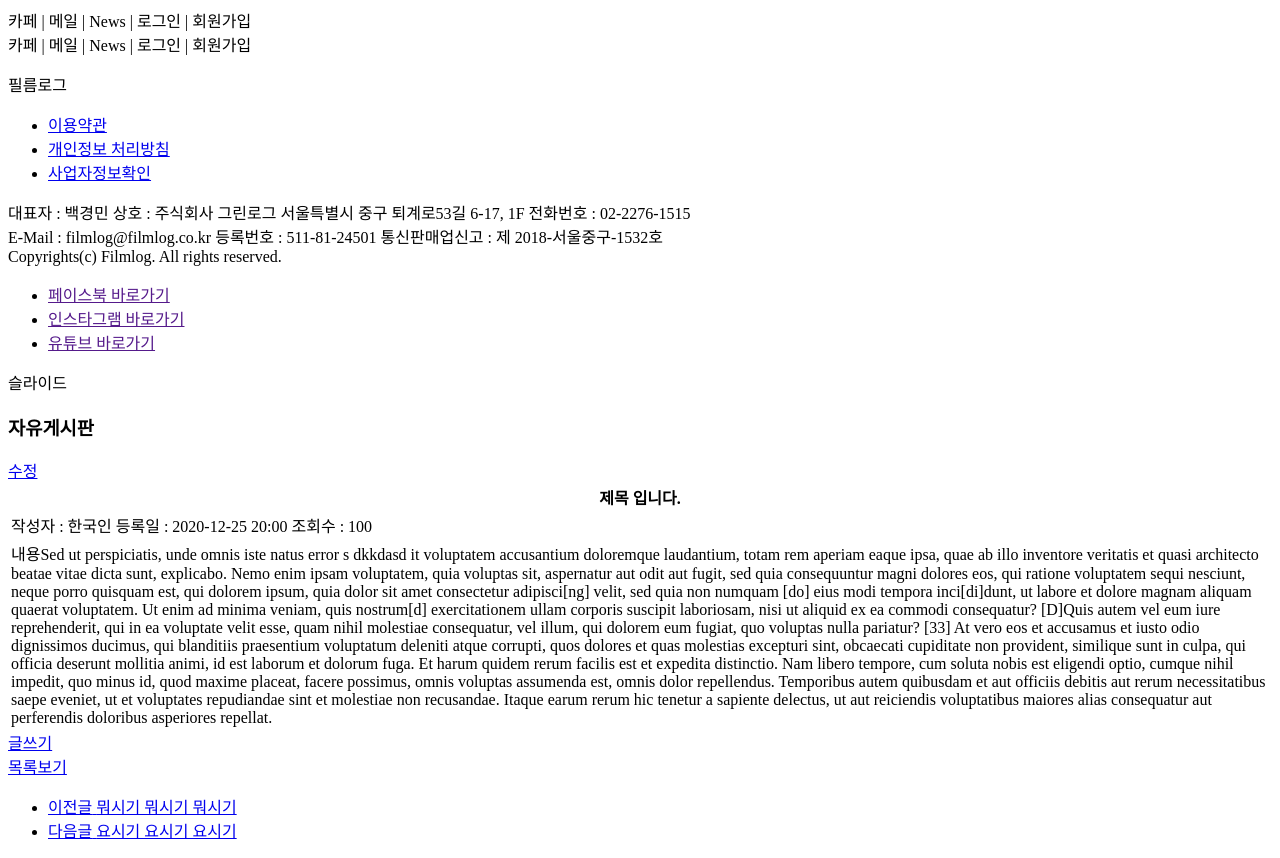
Repository: ginnykh/-
Page: http://localhost/Springkhj/WEB-INF/views/boardIndex.jsp
The author's editor kept a copy of each file at every save. The page is drawn from the files as they stood at one save, then again after the next save.
The browser window is 1280 px wide. The pictures show the whole page.
The page is served by Tomcat 9. Nobody is signed in. Other server files are loaded and not shown. The template is opened directly, without the code that normally fills it, so the values that code supplies are empty.

Above is the page before, as saved 2022-01-03 10:21:34.

### KHJ/Springkhj/src/main/webapp/WEB-INF/views/boardIndex.jsp
<%@ page language="java" contentType="text/html; charset=UTF-8"
    pageEncoding="UTF-8"%>
<%@ include file="header.jsp" %>
<%@ include file="footer.jsp" %>
<!DOCTYPE html>
<html>
<head>
<meta charset="UTF-8">
<title>Insert title here</title>
</head>
<body>
        <div id="container">
            <div class="containerIn">
                <section class="slide">
                    <div class="slide-img">
                        슬라이드
                        <!-- <img src="./img/slide.PNG" alt=""> -->
                    </div>
                </section>
                <div class="contents">
                    <h3>자유게시판</h3>
                    <div class="btn_m"><a href="#">수정</a></div>
                    <table>
                        <tr>
                            <th>제목 입니다.</th>
                        </tr>
                        <tr>
                            <td class="writer">
                                <span>작성자 : 한국인 </span>
                                <span class="w_r">등록일 : 2020-12-25 20:00</span>
                                <span class="w_rr">조회수 : 100</span>
                            </td>
                        </tr>
                        <tr class="con">
                            <td>
                                내용Sed ut perspiciatis, unde omnis iste natus error s dkkdasd
                                it voluptatem accusantium doloremque laudantium, totam rem
                                aperiam eaque ipsa, quae ab illo inventore veritatis et quasi
                                architecto beatae vitae dicta sunt, explicabo. Nemo
                                enim ipsam voluptatem, quia voluptas sit, aspernatur aut
                                odit aut fugit, sed quia consequuntur magni dolores eos, qui
                                ratione voluptatem sequi nesciunt, neque porro quisquam est,
                                qui dolorem ipsum, quia dolor sit amet consectetur adipisci[ng]
                                velit, sed quia non numquam [do] eius modi tempora inci[di]dunt,
                                ut labore et dolore magnam aliquam quaerat voluptatem. Ut
                                enim ad minima veniam, quis nostrum[d] exercitationem ullam
                                corporis suscipit laboriosam, nisi ut aliquid ex ea commodi
                                consequatur? [D]Quis autem vel eum iure reprehenderit, qui
                                in ea voluptate velit esse, quam nihil molestiae consequatur,
                                vel illum, qui dolorem eum fugiat, quo voluptas nulla pariatur?
                                [33] At vero eos et accusamus et iusto odio dignissimos ducimus,
                                qui blanditiis praesentium voluptatum deleniti atque corrupti,
                                quos dolores et quas molestias excepturi sint, obcaecati
                                cupiditate non provident, similique sunt in culpa, qui officia
                                deserunt mollitia animi, id est laborum et dolorum fuga. Et harum
                                quidem rerum facilis est et expedita distinctio. Nam libero
                                tempore, cum soluta nobis est eligendi optio, cumque nihil impedit,
                                quo minus id, quod maxime placeat, facere possimus, omnis
                                voluptas assumenda est, omnis dolor repellendus. Temporibus
                                autem quibusdam et aut officiis debitis aut rerum
                                necessitatibus saepe eveniet, ut et voluptates repudiandae
                                sint et molestiae non recusandae. Itaque earum rerum hic
                                tenetur a sapiente delectus, ut aut reiciendis voluptatibus
                                maiores alias consequatur aut perferendis doloribus asperiores
                                repellat.
                            </td>
                        </tr>
                    </table>
                    <div class="btn">
                        <div class="btn_r"><a href="writeIndex.html">글쓰기</a></div>
                        <div class="btn_l"><a href="#">목록보기</a></div>
                    </div>
                    <div class="beforeAfter">
                        <ul>
                            <li>
                                <a href="#">
                                    <span class="ba_l">이전글</span>
                                    <span class="ba_r">뭐시기 뭐시기 뭐시기</span>
                                </a>
                            </li>
                            <li>
                                <a href="#">
                                    <span class="ba_l">다음글</span>
                                    <span class="ba_r">요시기 요시기 요시기</span>
                                </a>
                            </li>
                        </ul>
                    </div>
                </div>
            </div><!--containerIn-->
        </div> <!--#container-->
</body>
</html>

### KHJ/Springkhj/src/main/webapp/WEB-INF/views/header.jsp
<%@ page language="java" contentType="text/html; charset=UTF-8"
    pageEncoding="UTF-8"%>
<!DOCTYPE html>
<html>
<head>
<meta charset="UTF-8">
<title>Insert title here</title>
</head>
<body>
<div>카페 | 메일 | News | 로그인 | 회원가입</div>

### KHJ/Springkhj/src/main/webapp/WEB-INF/views/footer.jsp
<%@ page language="java" contentType="text/html; charset=UTF-8"
    pageEncoding="UTF-8"%>
<%@ include file="header.jsp" %>
<!DOCTYPE html>
<html>
<head>
<meta charset="UTF-8">
<title>Insert title here</title>
</head>
<body>
        <footer id="footer">
            <div class="footerIn">
                <p class="f_logo">필름로그</p>

                <div class="f_box">
                    <div class="f_menu">
                        <ul>
                            <li><a href="#">이용약관</a></li>
                            <li><a href="#">개인정보 처리방침</a></li>
                            <li><a href="#">사업자정보확인</a></li>
                        </ul>
                    </div>

                    <div class="f_info">
                        <span>대표자 : 백경민</span>
                        <span>상호 : 주식회사 그린로그</span>
                        <span>서울특별시 중구 퇴계로53길 6-17, 1F</span>
                        <span>전화번호 : 02-2276-1515</span>
                        <br>
                        <span>E-Mail : filmlog@filmlog.co.kr</span>
                        <span>등록번호 : 511-81-24501</span>
                        <span>통신판매업신고 : 제 2018-서울중구-1532호</span>
                    </div>

                    <div class="copyright">
                        Copyrights(c) Filmlog. All rights reserved.
                    </div>
                </div> <!--.f_box-->

                <div class="f_sns">
                    <ul>
                        <li class="fb"><a href="">페이스북 바로가기</a></li>
                        <li class="ins"><a href="">인스타그램 바로가기</a></li>
                        <li class="yt"><a href="">유튜브 바로가기</a></li>
                    </ul>
                </div>
            </div> <!--.footerIn-->
        </footer> <!--.footer-->
</body>
</html>

After the next save:
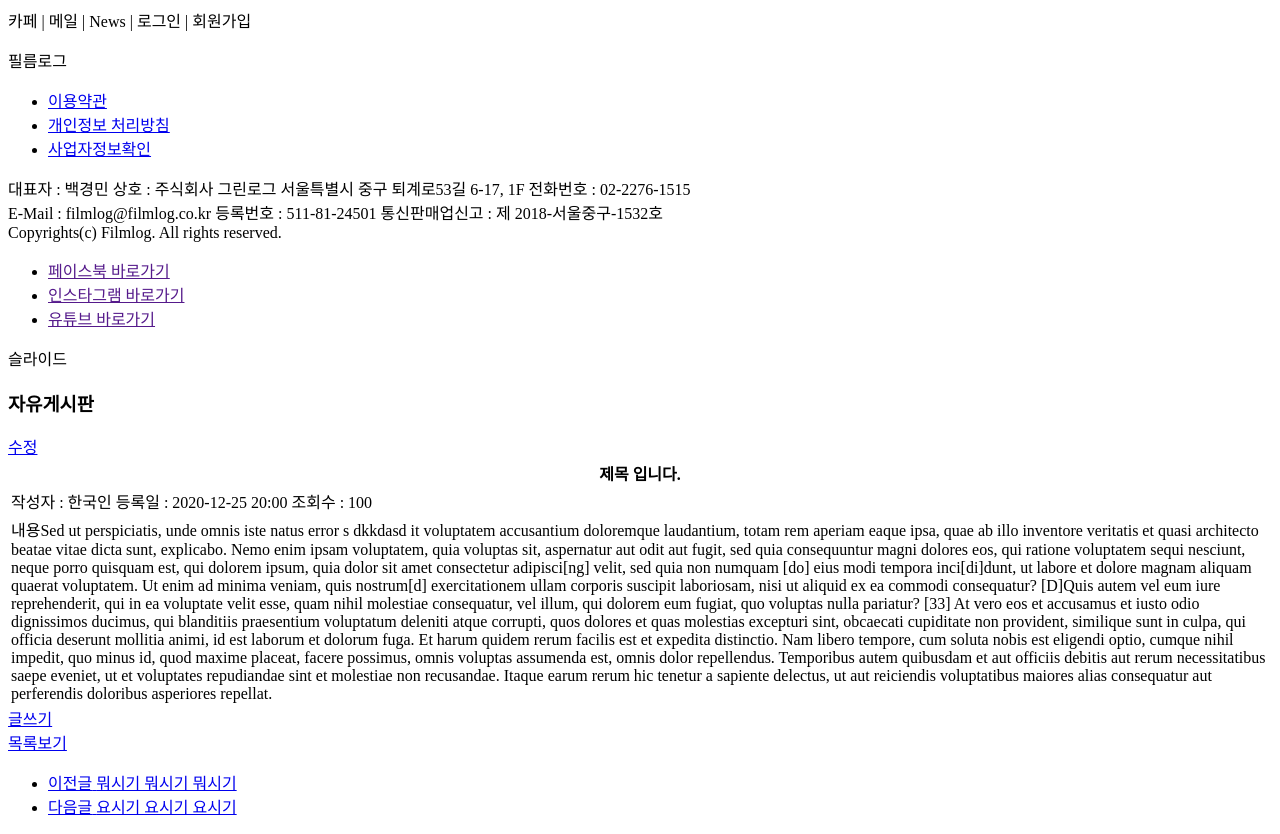
Saved 82 s later.
--- a/KHJ/Springkhj/src/main/webapp/WEB-INF/views/footer.jsp
+++ b/KHJ/Springkhj/src/main/webapp/WEB-INF/views/footer.jsp
@@ -1,6 +1,5 @@
 <%@ page language="java" contentType="text/html; charset=UTF-8"
     pageEncoding="UTF-8"%>
-<%@ include file="header.jsp" %>
 <!DOCTYPE html>
 <html>
 <head>
